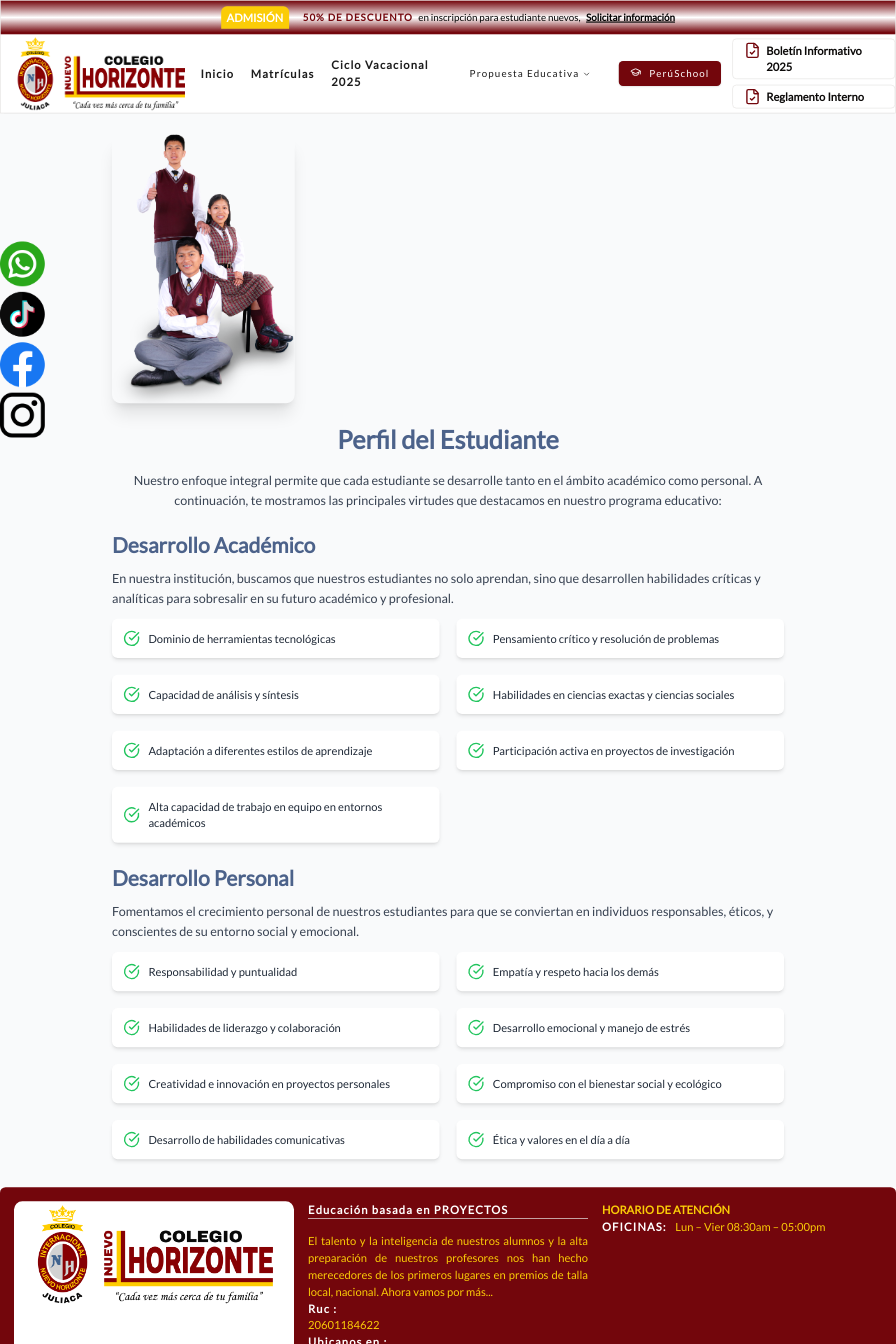
Repository: jefrydep/new_horizont_school
Page: /student
These files come from the project's save history. The page is drawn as it stood at one moment and after the next save; the edit follows.
The browser window is 1280 px wide. The pictures show the part of the page from y = 0 to 1920 px (the page is 2157 px tall before and 2669 px after), at 70% of full size.
The project was rebuilt for these pictures with package versions that can differ from the ones it lists, and the page was loaded fresh each time. The framework's server and built-in components were replaced by stand-ins that run in the browser. Also part of the build but not shown: next.config.ts.

Above is the page before, as saved 2024-12-09 21:57:19.

After the next save:
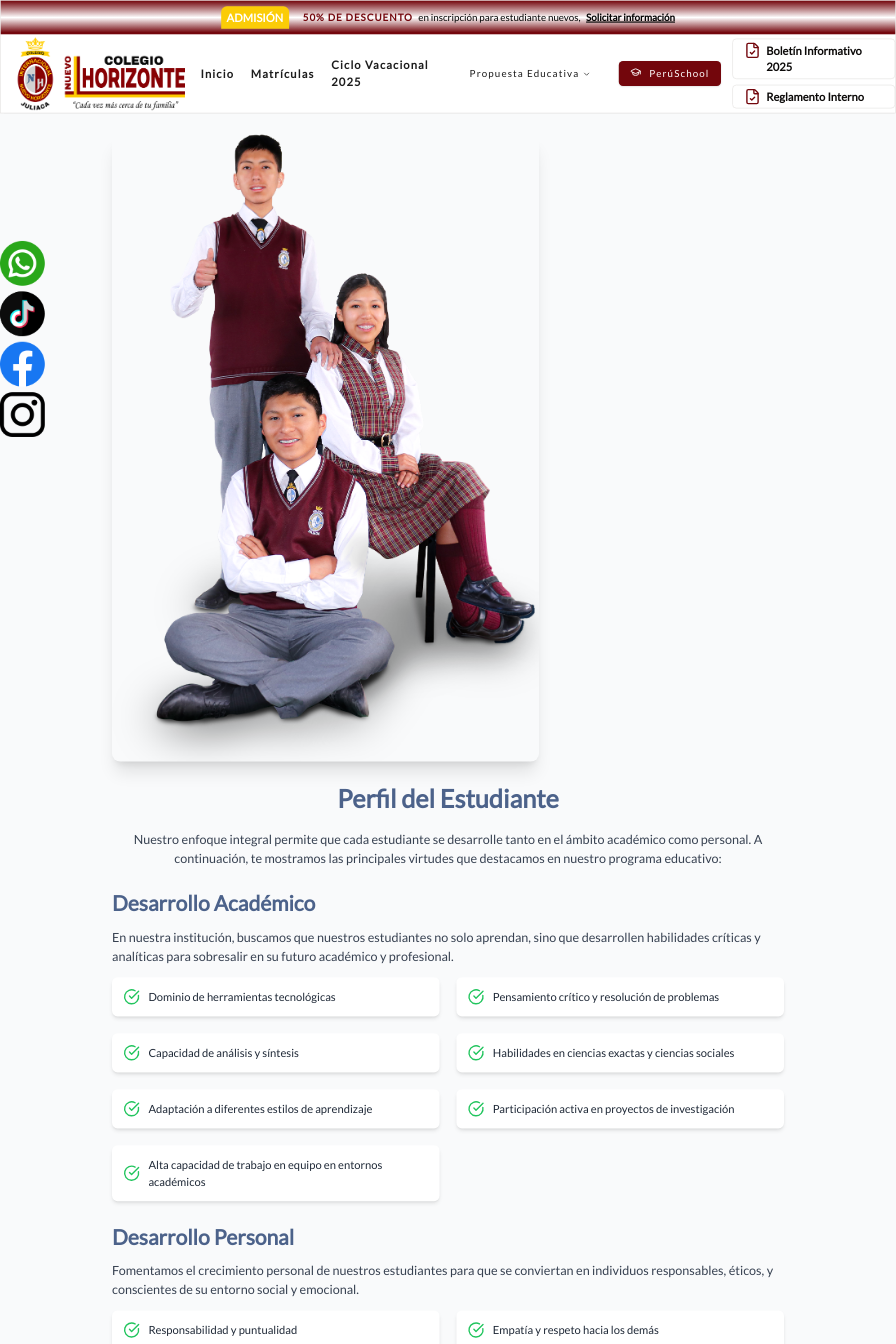
Saved 7 s later.
--- a/src/components/StudentProfile.tsx
+++ b/src/components/StudentProfile.tsx
@@ -32,7 +32,7 @@
           <img
             src="/SECUNDARIA.png" // Cambia esta ruta por la imagen destacada que desees usar
             alt="Perfil Estudiantil"
-            className=" h-auto sm:h-[24rem] rounded-xl shadow-xl"
+            className=" h-auto sm:h-[56rem] rounded-xl shadow-xl"
           />
         </div>
 
